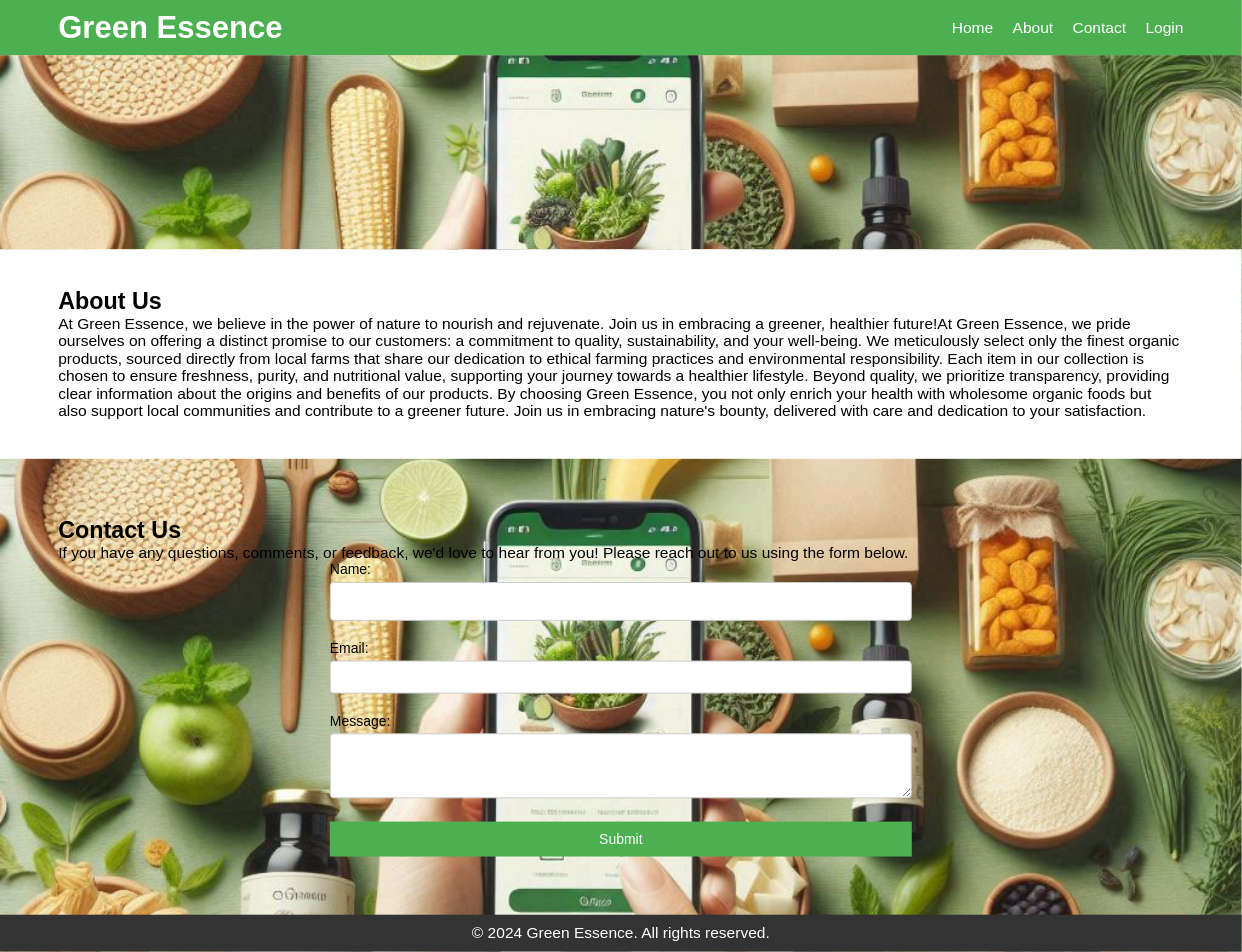
Repository: niki3210/Sahyadri
Page: Projectorganic/index.html
An editor plug-in stored every save of this project. The page is shown before and after the next save, followed by the edit.
The browser window is 1280 px wide. The pictures show the whole page, at 97% of full size.
Backgrounds fixed to the window are drawn as part of the page.

Above is the page before, as saved 2024-06-21 17:32:09.

### Projectorganic/index.html
<!DOCTYPE html>
<html lang="en">
<head>
    <meta charset="UTF-8">
    <meta name="viewport" content="width=device-width, initial-scale=1.0">
    <title>Green Essence - Organic Food Products</title>
    <link rel="stylesheet" href="styles.css">

</head>
<body>
    <header>
        <div class="container">
            <h1>Green Essence</h1>
            <nav>
                <ul>
                    <li><a href="#home">Home</a></li>
                    <li><a href="#about">About</a></li>
                    <li><a href="#contact">Contact</a></li>
                    <li><a href="login.html">Login</a></li>

                </ul>
            </nav>
        </div>
    </header>

    <section id="home">
        <div class="container">




        </div>
    </section>

    <section id="about">
        <div class="container">
            <h2>About Us</h2>
            <p>At Green Essence, we believe in the power of nature to nourish and rejuvenate. Join us in embracing a greener, healthier
                future!At Green Essence, we pride ourselves on offering a distinct promise to our customers: a commitment to quality,
                sustainability, and your well-being. We meticulously select only the finest organic products, sourced directly from
                local farms that share our dedication to ethical farming practices and environmental responsibility. Each item in
                our collection is chosen to ensure freshness, purity, and nutritional value, supporting your journey towards a
                healthier lifestyle. Beyond quality, we prioritize transparency, providing clear information about the origins and
                benefits of our products. By choosing Green Essence, you not only enrich your health with wholesome organic foods
                but also support local communities and contribute to a greener future. Join us in embracing nature's bounty,
                delivered with care and dedication to your satisfaction.</p>
        </div>
    </section>

    <section id="contact">
        <div class="container">
            <h2>Contact Us</h2>
            <p>If you have any questions, comments, or feedback, we'd love to hear from you! Please reach out to us using the form below.</p>
            <div class="contact-form">
                <form action="/submit_contact" method="POST">
                    <label for="name">Name:</label>
                    <input type="text" id="name" name="name" required>
                    <div class="error" id="name-error"></div>

                    <label for="email">Email:</label>
                    <input type="email" id="contact-email" name="email" required>
                    <div class="error" id="contact-email-error"></div>

                    <label for="message">Message:</label>
                    <textarea id="message" name="message" rows="3" required></textarea>
                    <div class="error" id="message-error"></div>

                    <button type="submit">Submit</button>
                </form>
            </div>
        </div>
    </section>




<footer>
<div class="container">
    <p>&copy; 2024 Green Essence. All rights reserved.</p>
</div>


</body>
</html>

### Projectorganic/styles.css
/* Combined CSS for Home, Login, and Register Pages */

/* Reset default browser styles */
* {
    box-sizing: border-box;
    margin: 0;
    padding: 0;
}

/* Global styles */
body {
    font-family: Arial, sans-serif;
    color: black;
    margin: 0;
    padding: 0;
    box-sizing: border-box;
    min-height: 100vh; /* Ensure body extends to at least the full height of the viewport */
    display: flex;
    flex-direction: column; /* Use flexbox to make sure footer stays at the bottom */
}

/* Header styles */
header {
    background-color: #4CAF50;
    color: white;
    padding: 10px 0;
}

header .container {
    display: flex;
    justify-content: space-between;
    align-items: center;
    max-width: 1200px;
    margin: 0 auto;
    padding: 0 20px;
}

header h1 {
    margin: 0;
}

header nav ul {
    list-style: none;
    margin: 0;
    padding: 0;
    display: flex;
}

header nav ul li {
    margin-left: 20px;
}

header nav ul li a {
    color: white;
    text-decoration: none;
}

header nav ul li a:hover {
    text-decoration: underline;
}

/* Home Page Styles */
#home {
    background-image: url('backgroundhome.jpeg');
    background-size: cover;
    background-repeat: no-repeat;
    background-position: center;
    background-attachment: fixed;
    color: white;
    text-align: center;
    padding: 100px 20px;
}

section {
    padding: 60px 0;
}

.container {
    max-width: 1200px;
    margin: 0 auto;
    padding: 0 20px;
}

/* About Section */
#about {
    background-color: #fffefe;
    padding: 40px 0;
}

/* Contact Form Styles */
#contact {

}

form {
    max-width: 600px;
    margin: 0 auto;
}

label {
    display: block;
    margin-bottom: 5px;
}

input[type="text"],
input[type="email"],
textarea {
    width: 100%;
    padding: 10px;
    margin-bottom: 10px;
    border: 1px solid #ccc;
    border-radius: 4px;
    font-size: 1em;
}

button[type="submit"] {
    background-color: #4CAF50;
    color: white;
    border: none;
    padding: 10px 20px;
    cursor: pointer;

}

button[type="submit"]:hover {
    background-color: #45a049;
}

/* Login/Register Styles */
.login-container,
.register-container {
    max-width: 320px;
    margin: 0 auto;
    padding: 15px;
    background-color: rgb(255, 255, 255);
    border-radius: 3px;
    box-shadow: 0 0 10px rgba(0, 0, 0, 0.1);
    flex: 1; /* Use flex: 1 to push footer to the bottom */
    margin-top: 30px;
    margin-bottom: 60px;
    padding: 20px;
}

body {
    font-family: Arial, sans-serif;
    background-image: url('backgroundhome.jpeg');
    background-size: cover;
    color: black;
}

.login-form, .register-form {
    padding: 15px;
    margin-bottom: 30px;
}

.login-form h2, .register-form h2 {
    text-align: center;
    margin-bottom: 15px;
    font-size: 1.5em;
}

label {
    display: block;
    margin-bottom: 5px;
    font-size: 0.9em;
}

input[type="email"],
input[type="password"] {
    width: 100%;
    padding: 8px;
    margin-bottom: 10px;
    border: 1px solid #ccc;
    border-radius: 4px;
    font-size: 0.9em;
}

.error {
    color: red;
    font-size: 0.8em;
    margin-bottom: 10px;
}

button {
    background-color: #4CAF50;
    color: white;
    border: none;
    padding: 8px 15px;
    cursor: pointer;
    transition: background-color 0.3s ease;
    width: 100%;
    font-size: 0.9em;
}

button:hover {
    background-color: #45a049;
}

/* Footer Styles */
footer {
    background-color: #333;
    color: white;
    text-align: center;
    padding: 10px 0;
    width: 100%;

}

footer a {
    color: white;
    margin: 0 10px;
    text-decoration: none;
}

footer a:hover {
    text-decoration: underline;
}

/* Pop-up Styles */
.popup {
    display: none;
    position: fixed;
    top: 20px; /* Position the pop-up near the top of the page */
    left: 50%;
    transform: translateX(-50%);
    background-color: white;
    box-shadow: 0 0 10px rgba(0, 0, 0, 0.1);
    border-radius: 8px;
    z-index: 1000;
    width: 90%; /* Make it full width with some margin */
    max-width: 320px;
    padding: 10px 20px;
}

.popup-content {
    text-align: center;
}

.popup .close {
    position: absolute;
    top: 10px;
    right: 10px;
    cursor: pointer;
    font-size: 1.5em;
}

/* Dashboard Styles */
/* Dashboard Styles */
.dashboard-main {
    flex: 1;
    padding: 20px;
}

.dashboard-section {
    background-color: #ffffff;
    padding: 20px;
    margin-bottom: 20px;
    box-shadow: 0 0 10px rgba(0, 0, 0, 0.1);
    border-radius: 8px;
    transition: transform 0.3s ease, box-shadow 0.3s ease;
}

.dashboard-section:hover {
    transform: translateY(-5px); /* Lift section on hover */
    box-shadow: 0 5px 15px rgba(0, 0, 0, 0.2); /* Add a subtle lift effect */
}

.dashboard-section h2 {
    margin-bottom: 10px;
    color: #4CAF50;
}

.sales-table {
    overflow-x: auto;
    animation: slideIn 0.5s ease; /* Slide in animation for the table */
}

.sales-table table {
    width: 100%;
    border-collapse: collapse;
}

.sales-table th, .sales-table td {
    border: 1px solid #6dfb07;
    padding: 12px; /* Increase padding for better readability */
    text-align: left;
}

.sales-table th {
    background-color: #d1f3d0d0;
    color: #4CAF50; /* Green theme color for table headers */
    text-transform: uppercase;
}

.sales-table tr:nth-child(even) {
    background-color: #f9f9f9;
}

.sales-table tr:hover {
    background-color: #f2f2f2;
}

After the next save:
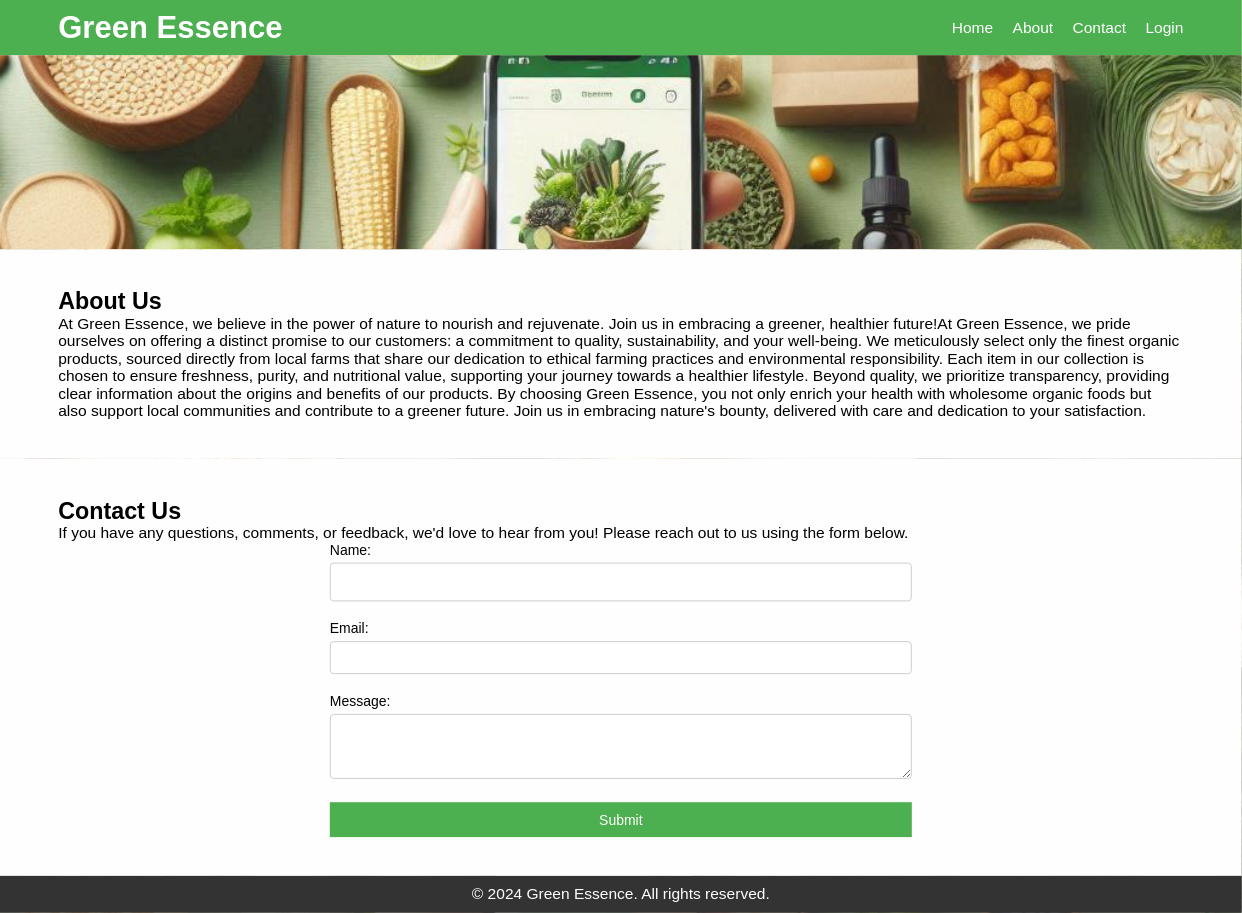
Saved 5 s later.
--- a/Projectorganic/styles.css
+++ b/Projectorganic/styles.css
@@ -89,7 +89,8 @@ section {
 
 /* Contact Form Styles */
 #contact {
-
+    background-color: #fffefe;
+    padding: 40px 0;
 }
 
 form {
